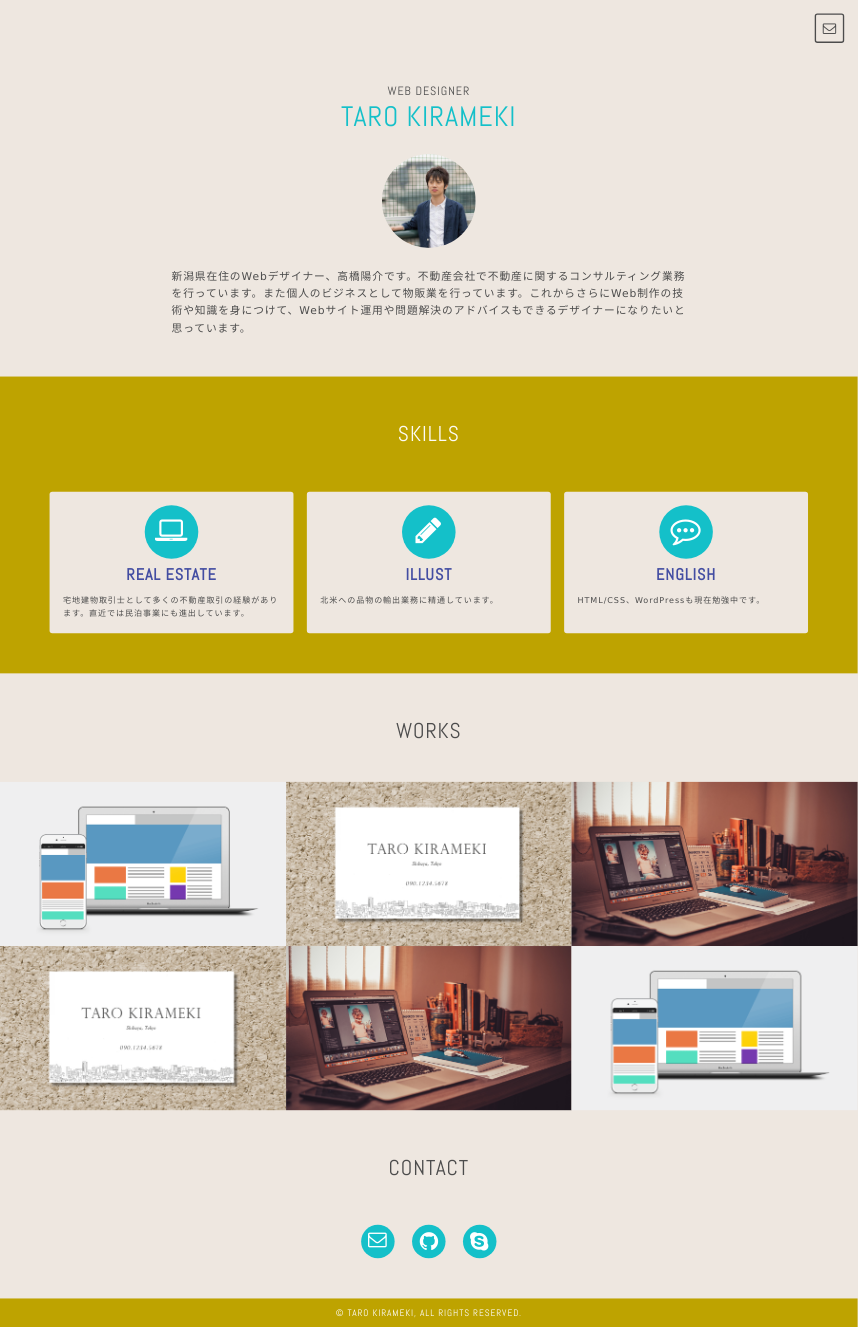
Repository: ysktkhs/responsive-site
Page: environment/portfolio/index.html
The author's editor kept a record of every edit. The page is drawn from the files as they stood at one moment, then again after the next edit.
The browser window is 1280 px wide. The pictures show the whole page, at 67% of full size.
Some web libraries are served in a nearby version.

Above is the page before.

### environment/portfolio/index.html
<!DOCTYPE html>
<html lang="ja">

<head>
    <meta charset="utf-8">
    <title>Web Designer - Yosuke Takahashi</title>
    <meta name="description" content="Webデザイナー 高橋陽介のポートフォリオサイトです。東京を中心に活動しています。">
    <meta name="keywords" content="Web, デザイン, デザイナー, ポートフォリオ, Web制作">
    <link rel="stylesheet" href="https://cdnjs.cloudflare.com/ajax/libs/meyer-reset/2.0/reset.css">
    <link rel="stylesheet" href="./css/style.css">
    <link rel="stylesheet" href="https://maxcdn.bootstrapcdn.com/font-awesome/4.7.0/css/font-awesome.min.css">
</head>

<body>
    <header>
        <a href="#contact" class="button-contact"><i class="fa fa-envelope-o" aria-label="お問い合わせ"></i></a>
        <div class="profile">
            <h1 class="site-title abel uppercase text-center">Web Designer <span>Taro Kirameki</span></h1>
            <img src="./images/img_profile.jpg" alt="プロフィール写真" width="140" height="140" class="block-center profile-icon">

            <p>新潟県在住のWebデザイナー、高橋陽介です。不動産会社で不動産に関するコンサルティング業務を行っています。また個人のビジネスとして物販業を行っています。これからさらにWeb制作の技術や知識を身につけて、Webサイト運用や問題解決のアドバイスもできるデザイナーになりたいと思っています。</p>
        </div>
    </header>
    <main>
        <section id="skills">
            <h2 class="text-center">Skills</h2>
            <div class="container">
                <div class="skill-box">
                    <i aria-hidden="true" class="skill-icon fa fa-laptop"></i>
                    <h3 class="text-center">Real Estate</h3>
                    <p>宅地建物取引士として多くの不動産取引の経験があります。直近では民泊事業にも進出しています。</p>
                </div>
                <div class="skill-box">
                    <i aria-hidden="true" class="skill-icon fa fa-pencil"></i>
                    <h3 class="text-center">Illust</h3>
                    <p>北米への品物の輸出業務に精通しています。</p>
                </div>
                <div class="skill-box">
                    <i aria-hidden="true" class="skill-icon fa fa-commenting-o"></i>
                    <h3 class="text-center">English</h3>
                    <p>HTML/CSS、WordPressも現在勉強中です。</p>
                </div>

            </div>
        </section>
        <section id="works">
            <h2 class="text-center">Works</h2>
            <div class="works-box">
                <a href="#">
                <img src="./images/img_work_site.png" alt="株式会社きらめき コーポレートサイト様 Webサイトデザイン">
                <div class="works-box-inner">
                    <div class="text-center">
                        <h3>株式会社きらめき コーポレートサイト</h3>
                        <small>2016.04.20</small>
                        <span class="button-readmore">Read More</span>
                    </div>
                </div>
            </a>
            </div>
            <div class="works-box">
                <a href="#">
                <img src="./images/img_work_card.jpg" alt="きらめき太郎様 名刺デザイン">
                <div class="works-box-inner">
                    <div class="text-center">
                        <h3>きらめき太郎様 名刺</h3>
                        <small>2016.04.20</small>
                        <span class="button-readmore">Read More</span>
                    </div>
                </div>
            </a>
            </div>
            <div class="works-box">
                <a href="#">
                <img src="./images/img_work_blog.jpg" alt="WordPressオリジナルテーマ">
                <div class="works-box-inner">
                    <div class="text-center">
                        <h3>ブログデザイン</h3>
                        <small>2016.04.20</small>
                        <span class="button-readmore">Read More</span>
                    </div>
                </div>
            </a>
            </div>
            <div class="works-box">
                <a href="#">
                <img src="./images/img_work_card.jpg" alt="きらめき太郎様 名刺デザイン">
                <div class="works-box-inner">
                    <div class="text-center">
                        <h3>きらめき太郎様 名刺</h3>
                        <small>2016.04.20</small>
                        <span class="button-readmore">Read More</span>
                    </div>
                </div>
            </a>
            </div>
            <div class="works-box">
                <a href="#">
                <img src="./images/img_work_blog.jpg" alt="WordPressオリジナルテーマ">
                <div class="works-box-inner">
                    <div class="text-center">
                        <h3>ブログデザイン</h3>
                        <small>2016.04.20</small>
                        <span class="button-readmore">Read More</span>
                    </div>
                </div>
            </a>
            </div>
            <div class="works-box">
                <a href="#">
                <img src="./images/img_work_site.png" alt="株式会社きらめき コーポレートサイト様 Webサイトデザイン">
                <div class="works-box-inner">
                    <div class="text-center">
                        <h3>株式会社きらめき コーポレートサイト</h3>
                        <small>2016.04.20</small>
                        <span class="button-readmore">Read More</span>
                    </div>
                </div>
            </a>
            </div>

        </section>
        <section id="contact">
            <h2 class="text-center">Contact</h2>
            <ul>
          <li><a href="mailto:xxx@techacademy.jp"><i aria-label="メール" class="fa fa-envelope-o"></i></a></li>
          <li class="github"><a href="#"><i aria-label="GitHub" class="fa fa-github"></i></a></li>
          <li class="skype"><a href="#"><i aria-label="Skype" class="fa fa-skype"></i></a></li>
        </ul>
        </section>
    </main>
    <footer>
         <small class="text-center abel uppercase">&copy; Taro Kirameki, All Rights Reserved.</small>
    </footer>
</body>

</html>

### environment/portfolio/css/style.css
/* 文字コードの指定
------------------------------------------------------------*/
@charset "UTF-8";

/* Google Fonts用のCSSを読み込み
------------------------------------------------------------*/
@import 'https://fonts.googleapis.com/css?family=Abel';
body {
    font-family: 'Abel', sans-serif;
}
html
{
    font-size: 62.5%; /* ベースとなるフォントサイズの定義 */
}

body
{
    font-family: '游ゴシック', YuGothic, 'メイリオ', Verdana, 'Hiragino Kaku Gothic ProN', Meiryo, sans-serif; /* フォントの種類 */
    font-size: 1.4rem; /* フォントサイズ */
    line-height: 1.6; /* 行間 */

    letter-spacing: .1em;　/* 文字間隔 */

    color: #4c4c4c; /* 文字色 */
    background-color: #eee7e0; /* 背景色 */
}
html /* root */
{
    font-size: 62.5%; /* =10px =100% */
}

body {
 /* すべて14px
------------------------------------------------------------*/
    font-size: 14px;
    font-size: 140%;
    font-size: 1.4em;
    font-size: 1.4rem;
}

h1 {
    font-size: 20px; /* そのまま20px */
    font-size: 200%; /* 親要素bodyの14pxを基準に200% =28px */
    font-size: 2em; /* 親要素bodyの14pxを基準に2倍 =28px */
    font-size: 2rem; /* rootの10pxを基準に2倍 =20px */
}

div {
    font-size: 12px; /* そのまま12px */
    font-size: 120%; /* 親要素bodyの14pxを基準に120% =16.8px(約17px) */
    font-size: 1.2em; /* 親要素bodyの14pxを基準に1.2倍 =16.8px(約17px) */
    font-size: 1.2rem; /* rootの10pxを基準に1.2倍 =12px */
}
div p {
    font-size: 12px; /* そのまま12px */
    font-size: 120%; /* 親要素divの17pxを基準に120% =20.4px(約20px) */
    font-size: 1.2em; /* 親要素divの17pxを基準に1.2倍 =20.4px(約20px) */
    font-size: 1.2rem; /* rootの10pxを基準に1.2倍 =12px */
}
body {
    color: #4c4c4c; /* 文字色 */
    background-color: #eee7e0; /* 背景色 */
}
.button-contact
{
    font-size: 20px; /* フォントサイズ */
    line-height: 0; /* 行の高さ */

    display: block; /* ブロック要素のように扱う */
    float: right; /* 要素を右寄せ */

    width: 20px; /* 幅 */
    height: 20px; /* 高さ */
    margin: 20px 20px 0 0; /* 要素の外側の余白 */
    padding: 10px; /* 要素の内側の余白 */

    text-align: center; /* テキストの中央寄せ */

    color: #4c4c4c; /* 文字色 */
    border: 2px solid #4c4c4c; /* ボーダー */
    -webkit-border-radius: 4px; /* 角丸 */
       -moz-border-radius: 4px;
            border-radius: 4px;
}
.uppercase,
section h2,
#skills h3,
#works .works-box a .works-box-inner .button-readmore
{
    text-transform: uppercase;
}
.text-center {
    text-align: center;
}
.abel {
    font-family: 'Abel', sans-serif; /* Google Fontsの指定 */
}


header .profile
{
    clear: both; /* 上のメールボタンのfloatを解除 */

    width: 60%;
    margin: 0 auto; /* ボックスを中央寄せ */
    padding: 60px 0;
}
header .site-title
{
    font-size: 1.8rem;
    line-height: normal;
}
header .site-title span
{
    font-size: 4.2rem;

    display: block;

    color: #14c0c9;
}
.block-center {
    display: block;
    margin-left: auto;
    margin-right: auto;
}


header .profile-icon
{
    margin: 30px auto;

    -webkit-border-radius: 50%;
       -moz-border-radius: 50%;
            border-radius: 50%;
}
header p
{
    font-size: 1.6rem;
}
section
{
    padding: 60px 0; /* section要素の余白を上下60pxで揃える */
}
section .container
{
    width: 90%; /* sectionの中のインナーボックスをウィンドウ幅に対して90%に */
}
section h2
{
    font-size: 3.2rem;/* section要素見出しを32pxで揃える */
}
.block-center,
section .container
{
    display: block;

    margin-right: auto;
    margin-left: auto;
}

.abel,
section h2
{
    font-family: 'Abel', sans-serif;
}

.uppercase,
section h2
{
    text-transform: uppercase;
}
#skills
{
    background-color: #bea300;
}
#skills .container
{
    display: -webkit-flex;
    display:         flex;

    justify-content: space-between;
}
#skills h2
{
    margin-bottom: 60px;
    color: #fdfcf6;
}
#skills .skill-box
{
    -webkit-box-sizing: border-box;
       -moz-box-sizing: border-box;
            box-sizing: border-box;
    -webkit-flex: 1;
            flex: 1;
    margin: 0px 10px;
    padding: 20px;

    -webkit-border-radius: 4px;
       -moz-border-radius: 4px;
            border-radius: 4px;
    background-color: #eee7e0;
}
#skills i
{
    font-size: 4.5rem;

    -webkit-box-sizing: border-box;
       -moz-box-sizing: border-box;
            box-sizing: border-box;
    width: 80px;
    height: 80px;
    margin-bottom: 5px;
    padding-top: 15px;

    text-align: center;

    color: #fff;
    -webkit-border-radius: 50%;
       -moz-border-radius: 50%;
            border-radius: 50%;
    background-color: #14c0c9;
}
#skills h3
{
    font-size: 2.4rem;
    font-weight: bold;

    margin-bottom: 10px;

    color: #434da2;
}
.block-center,
section .container,
#skills i
{
    display: block;

    margin-right: auto;
    margin-left: auto;
}
#works
{
    padding-bottom: 0;
}

#works h2
{
    margin-bottom: 50px;
}

#works .works-box
{
    float: left;

    width: 33.33333%;
    height: 100%;
}

#works::after
{
    display: block;
    clear: both;

    content: '';
}
#works .works-box a
{
    position: relative;

    display: block;
}
#works .works-box a .works-box-inner
{
    position: absolute;
    top: 0;
    left: 0;

    display: none;

    height: 100%;

    color: #fff;
    background-color: rgba(0, 0, 0, .7);
}
#works .works-box a .works-box-inner div
{
    position: absolute;
    top: 0;
    right: 0;
    bottom: 0;
    left: 0;

    height: 40%;
    margin: auto;
    padding: 10px 20px;
}
#works .works-box a .works-box-inner h3
{
    font-size: 1.6rem;
    font-weight: bold;

    margin: 0 0 5px;
}
#works .works-box a .works-box-inner small
{
    font-size: 1rem;

    display: block;

    margin-bottom: 15px;
}
#works .works-box a .works-box-inner .button-readmore
{
    font-size: 1rem;
    font-weight: bold;

    display: block;

    width: 180px;
    margin: auto;
    padding: 5px 0;

    text-align: center;

    color: #fff;
    -webkit-border-radius: 4px;
       -moz-border-radius: 4px;
            border-radius: 4px;
    background-color: #14c0c9;
}
#works .works-box img
{
    display: block;

    max-width: 100%;
}
.abel,
section h2,
#skills h3,
#works .works-box a .works-box-inner .button-readmore
{
    font-family: 'Abel', sans-serif;
}

.uppercase,
section h2,
#skills h3,
#works .works-box a .works-box-inner .button-readmore
{
    text-transform: uppercase;
}
#works .works-box a:hover .works-box-inner
{
    display: block;

    width: 100%;
}

#works .works-box a .works-box-inner .button-readmore:hover
{
    background-color: #0f949b;
}
#contact ul
{
    margin-top: 60px;

    text-align: center;
}
#contact ul li
{
    font-size: 2.8rem;

    display: inline-block;

    -webkit-box-sizing: border-box;
       -moz-box-sizing: border-box;
            box-sizing: border-box;
    margin-right: 20px;

    text-align: center;
    vertical-align: top;
}
#contact ul li:last-child
{
    margin-right: 0;
}
#contact ul .github,
#contact ul .skype
{
    font-size: 3.2rem;
}
#contact ul .github i
{
    margin-left: 2px;
}
#contact ul a
{
    display: block;

    width: 50px;
    height: 50px;

    color: #fff;
    -webkit-border-radius: 50%;
       -moz-border-radius: 50%;
            border-radius: 50%;
    background-color: #14c0c9;
}
#contact ul a:hover
{
    background-color: #434da2;
}
footer
{
    padding: 10px 0;

    text-align: center;

    color: #fff;
    background-color: #bea300;
}

After the next edit:
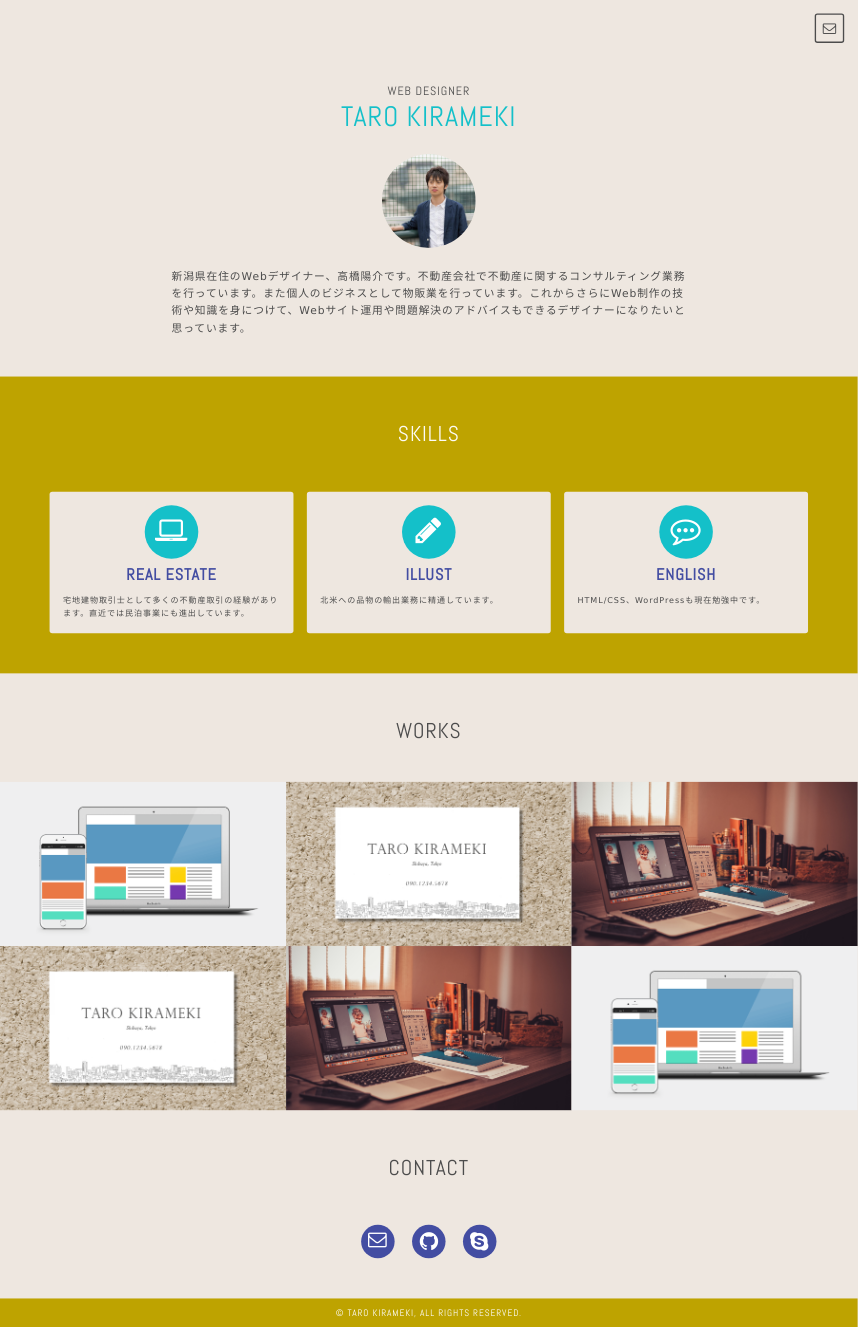
The edit:
--- a/environment/portfolio/css/style.css
+++ b/environment/portfolio/css/style.css
@@ -404,7 +404,7 @@
     -webkit-border-radius: 50%;
        -moz-border-radius: 50%;
             border-radius: 50%;
-    background-color: #14c0c9;
+    background-color: #434da2;
 }
 #contact ul a:hover
 {
